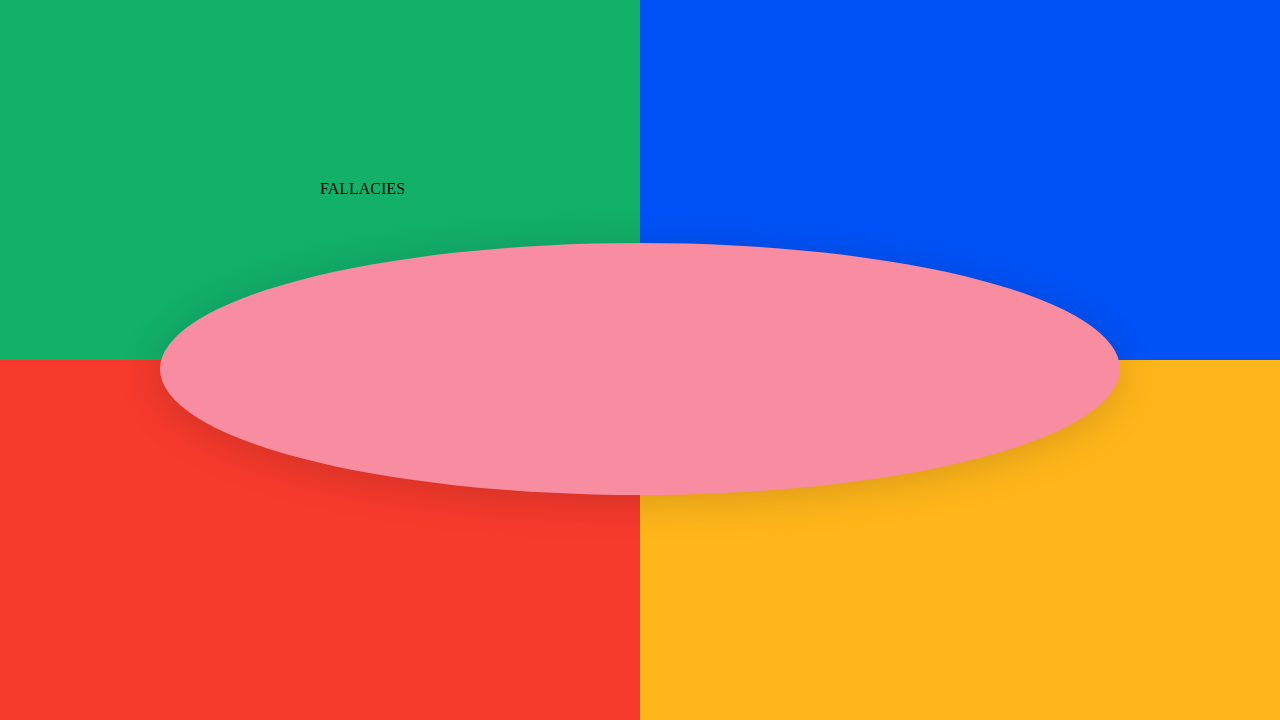
Repository: yafugray/fallacies
Page: project/Midterm project/index.html
An editor plug-in stored every save of this project. The page is shown before and after the next save, followed by the edit.
The browser window is 1280 px wide. The pictures show the whole page.

Above is the page before, as saved 2020-03-12 14:51:00.

### project/Midterm project/index.html
<!DOCTYPE html>
<html lang="en">
<head>
    <meta charset="UTF-8">
    <meta name="viewport" content="width=device-width, initial-scale=1.0">
    <title>Fallacies</title>
    <link href="app.css" rel="stylesheet">
</head>
<body>
    <div id="Mainpage">
        <div id="rec1"></div>
        <div id="rec2"></div>
        <div id="rec3"></div>
        <div id="rec4"></div>
        <div id="group1">
            <svg class="ellipse">
                <ellipse fill="rgba(248,140,160,1)" id="Ellipse_8" rx="75%" ry="50%" cx="50%" cy="75%">
                </ellipse>
            </svg>
            <div id="fallacies">
                <span>FALLACIES</span>
            </div>
        </div>
    </div>
</body>
</html>

### project/Midterm project/app.css
* {
    margin: 0;
    padding: 0;
    box-sizing: border-box;
    border: none;
}

#Mainpage {
    position: absolute;
    width: 100vw;
    height: 100vh;
    background-color: azure;
    overflow: hidden;
}
@keyframes fadein {

    0% {
        opacity: 0;
    }
    100% {
        opacity: 1;
    }

}

#rec1 {
	position: absolute;
	overflow: visible;
	width: 50vw;
	height: 50vh;
	left: 0px;
    top: 0px;
    background-color: rgba(18,176,105,1);
}
#rec4 {
	position: absolute;
	overflow: visible;
	width: 50vw;
	height: 50vh;
	left: 0px;
    bottom: 0px;
    background-color: rgba(246,58,44,1);
}
#rec2 {
	position: absolute;
	overflow: visible;
	width: 50vw;
	height: 50vh;
	right: 0px;
    top: 0px;
    background-color: rgba(0,82,247,1);
}
#rec3 {
	position: absolute;
	overflow: visible;
	width: 50vw;
	height: 50vh;
	right: 0px;
    bottom: 0px;
    background-color: rgba(255,182,26,1);
}

#group1 {
    position: absolute;
	width: 70vw;
	height: 35vh;
    left: 25%;
    right: 25%;
    top: 25%;
    bottom: 25%;
	overflow: visible;
	--web-animation: fadein 0.3s ease-out;
	--web-action-type: page;
	--web-action-target: custom___2.html;
	cursor: pointer;
}

.ellipse {
    filter: drop-shadow(0px 5px 20px rgba(0, 0, 0, 0.161));
	position: absolute;
	overflow: visible;
	width: 50vw;
	height: 35vh;
    left: 0px;
    right:0px;
    top: 0px;
    bottom: 0px;
}

After the next save:
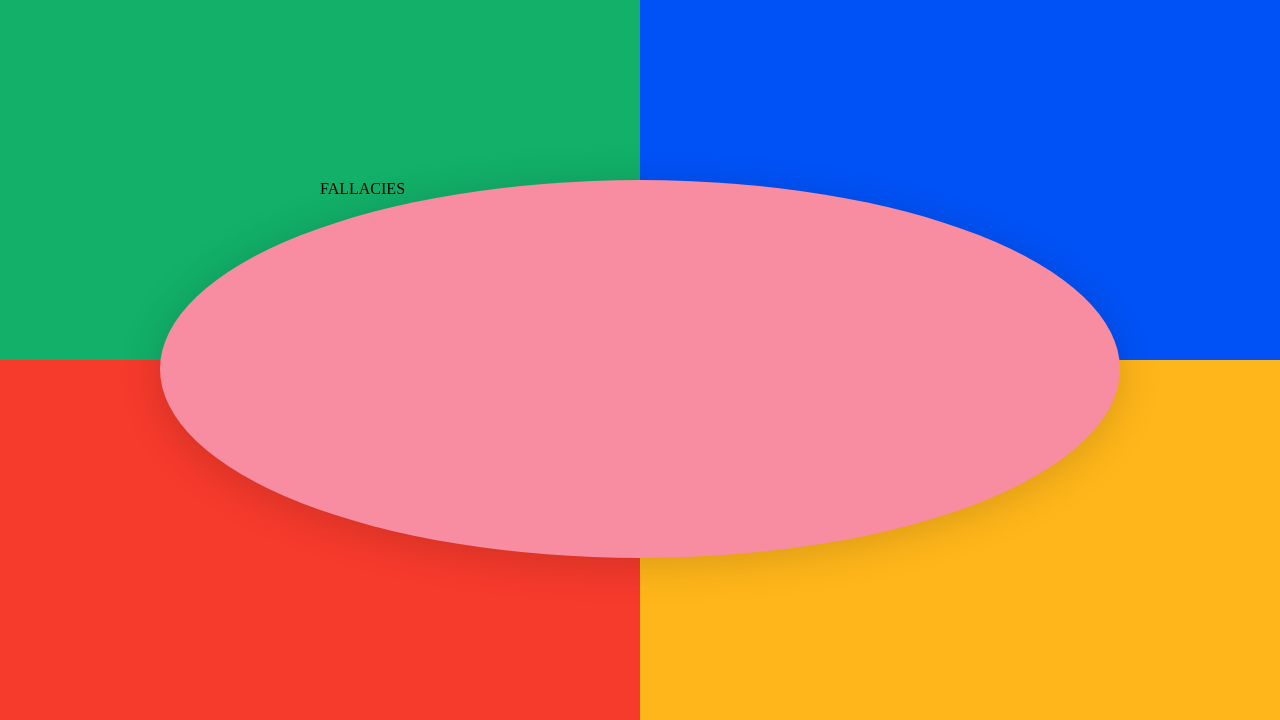
Saved 14 s later.
--- a/project/Midterm project/index.html
+++ b/project/Midterm project/index.html
@@ -14,7 +14,7 @@
         <div id="rec4"></div>
         <div id="group1">
             <svg class="ellipse">
-                <ellipse fill="rgba(248,140,160,1)" id="Ellipse_8" rx="75%" ry="50%" cx="50%" cy="75%">
+                <ellipse fill="rgba(248,140,160,1)" id="Ellipse_8" rx="75%" ry="75%" cx="50%" cy="75%">
                 </ellipse>
             </svg>
             <div id="fallacies">
